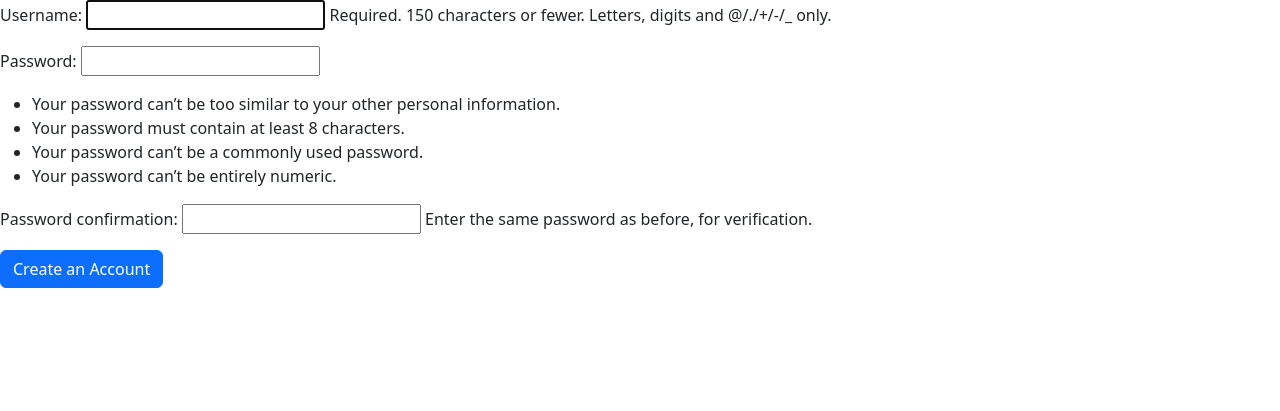
Repository: Ndifoinhilary/django_referrals_system
Page: http://localhost/signup/
An editor plug-in stored every save of this project. The page is shown before and after a run of saves, followed by the edit.
The browser window is 1280 px wide. The pictures show the whole page.
The page is served by the project's application, run on Django 3.2 (manage.py). Other server files are loaded and not shown.

Above is the page before, as saved 2024-01-09 23:29:15.

### referrals/templates/signup.html
{% extends "base.html" %}



{% block content %}
  <form action="" method="post">
    {% csrf_token %}
    {{form.as_p}}
    <button class="btn btn-primary"> Create an Account</button>

  </form>
{% endblock content %}

### referrals/templates/base.html
<!DOCTYPE html>
<html lang="en">
<head>
    <meta charset="UTF-8">
    <meta name="viewport" content="width=device-width, initial-scale=1.0">
    <title>Referrals System</title>
    <link href="https://cdn.jsdelivr.net/npm/bootstrap@5.3.2/dist/css/bootstrap.min.css" rel="stylesheet" integrity="sha384-T3c6CoIi6uLrA9TneNEoa7RxnatzjcDSCmG1MXxSR1GAsXEV/Dwwykc2MPK8M2HN" crossorigin="anonymous">

</head>
<body>


    {% block content %}

    {% endblock content %}

    <script src="https://cdn.jsdelivr.net/npm/bootstrap@5.3.2/dist/js/bootstrap.bundle.min.js" integrity="sha384-C6RzsynM9kWDrMNeT87bh95OGNyZPhcTNXj1NW7RuBCsyN/o0jlpcV8Qyq46cDfL" crossorigin="anonymous"></script>
</body>
</html>

### referrals/views.py
from django.shortcuts import render, redirect
from referrals.models import Profile
from django.contrib.auth.forms import UserCreationForm
from django.contrib.auth.models import User
from django.contrib.auth import login, authenticate

# Create your views here.


def signup_view(request):
    profile_id = request.session.get("ref_profile")
    print("profile_id", profile_id)
    form = UserCreationForm(request.POST or None)
    if form.is_valid():
        if profile_id is not None:
            recommeneded_by_profile = Profile.objects.get(id=profile_id)

            instance = form.save()

            registered_user = User.objects.get(id=instance.id)
            registered_profile = Profile.objects.get(user=registered_user)
            registered_profile.recommended_by = recommeneded_by_profile

            registered_profile.save()
        else:
            form.save()

        username = form.cleaned_data.get("username")
        password = form.cleaned_data.get("password1")

        user = authenticate(request, username=username, password=password)

        login(request, user)
        return redirect("main")

    return render(request, "signup.html", {"form": form})


def main_view(request, *args, **kwargs):
    code = kwargs.get("ref_code")
    try:
        profile = Profile.objects.get(code=code)
        # store the profile id in the sessions variable ref_profile
        request.session["ref_profile"] = profile.id

    except:
        pass
    return render(request, "main.html")

### config/urls.py
"""config URL Configuration

The `urlpatterns` list routes URLs to views. For more information please see:
    https://docs.djangoproject.com/en/3.2/topics/http/urls/
Examples:
Function views
    1. Add an import:  from my_app import views
    2. Add a URL to urlpatterns:  path('', views.home, name='home')
Class-based views
    1. Add an import:  from other_app.views import Home
    2. Add a URL to urlpatterns:  path('', Home.as_view(), name='home')
Including another URLconf
    1. Import the include() function: from django.urls import include, path
    2. Add a URL to urlpatterns:  path('blog/', include('blog.urls'))
"""
from django.contrib import admin
from django.urls import path,include

urlpatterns = [
    path('admin/', admin.site.urls),
    path('', include('referrals.urls'))
]

### referrals/urls.py
from django.urls import path

from . import views


urlpatterns = [
    path("", views.main_view, name="main"),
    path("signup/", views.signup_view, name="signup"),
    path("<str:ref_code>/", views.main_view, name="main"),
]

After the next 2 saves:
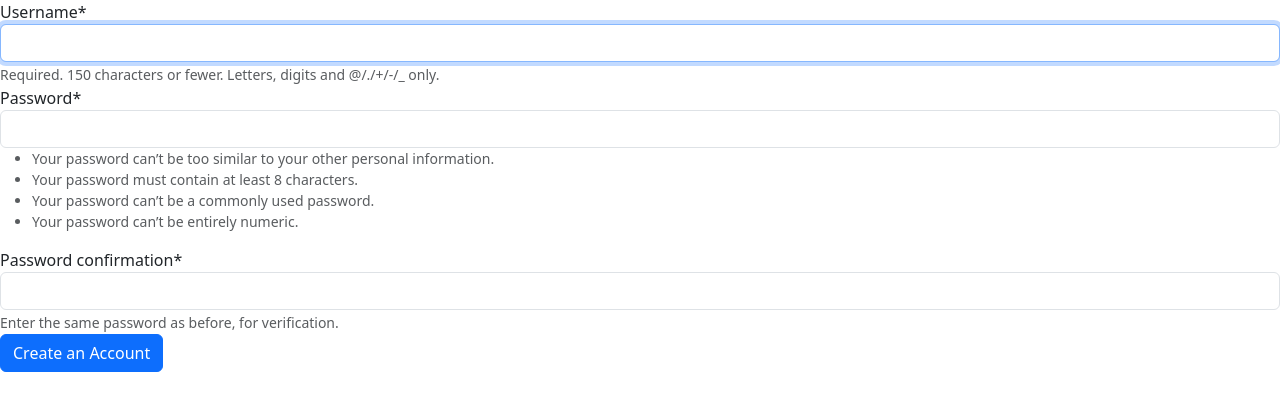
The 2 saves are shown as one change because 1 did not build or start.
The last was saved 72 s later.
--- a/referrals/templates/signup.html
+++ b/referrals/templates/signup.html
@@ -1,11 +1,12 @@
 {% extends "base.html" %}
+{% load crispy_forms_tags %}
 
 
 
 {% block content %}
   <form action="" method="post">
     {% csrf_token %}
-    {{form.as_p}}
+    {{form|crispy}}
     <button class="btn btn-primary"> Create an Account</button>
 
   </form>
